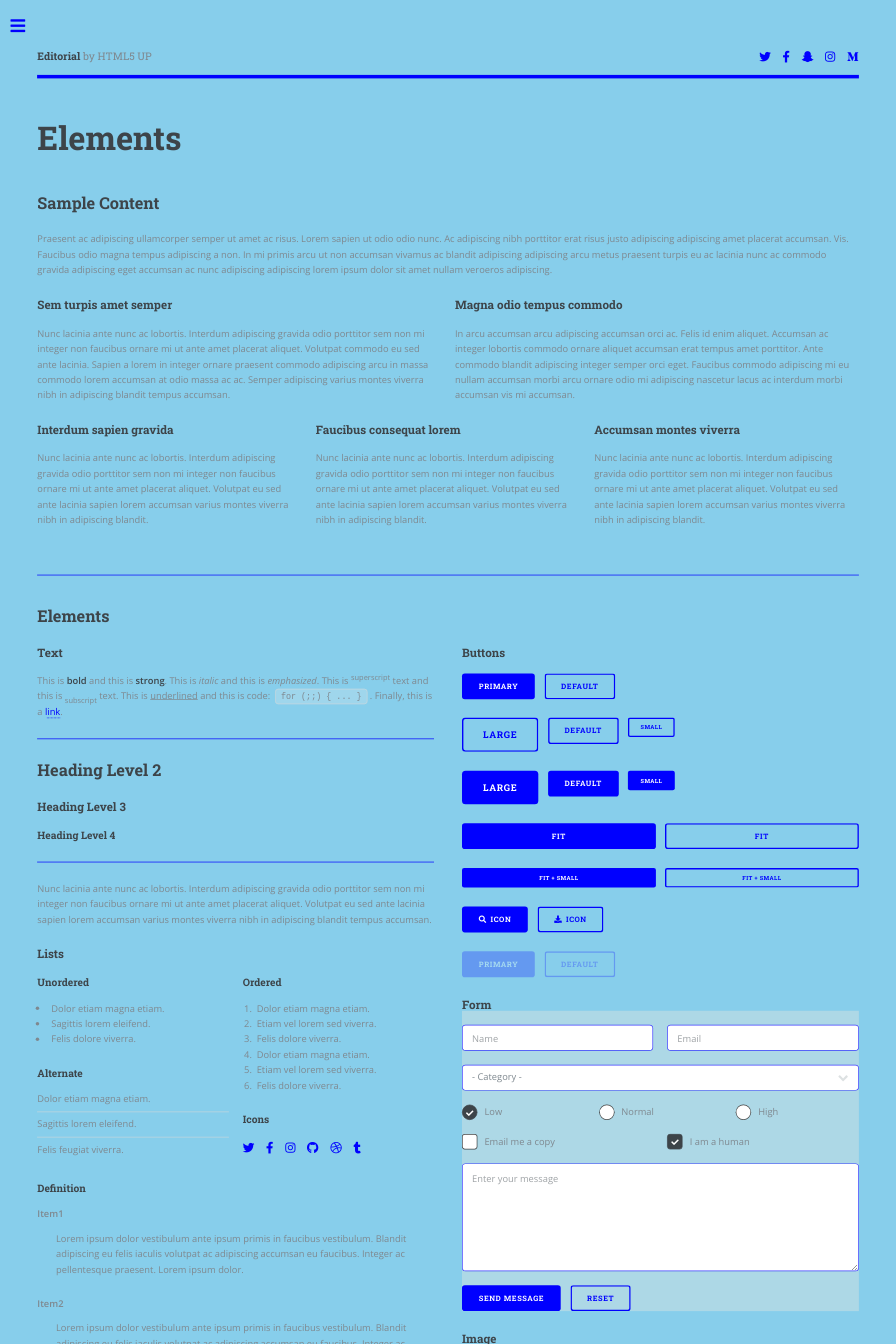
Repository: Saviour-Dagadu/Portfolio2022
Page: elements.html
These files come from the project's save history. The page is drawn as it stood at one moment and after the next save; the edit follows.
The browser window is 1280 px wide. The pictures show the part of the page from y = 0 to 1920 px (the page is 3543 px tall before and 3557 px after), at 70% of full size.

Above is the page before, as saved 2024-05-18 03:12:56.
Console error: ReferenceError: TweenLite is not defined

After the next save:
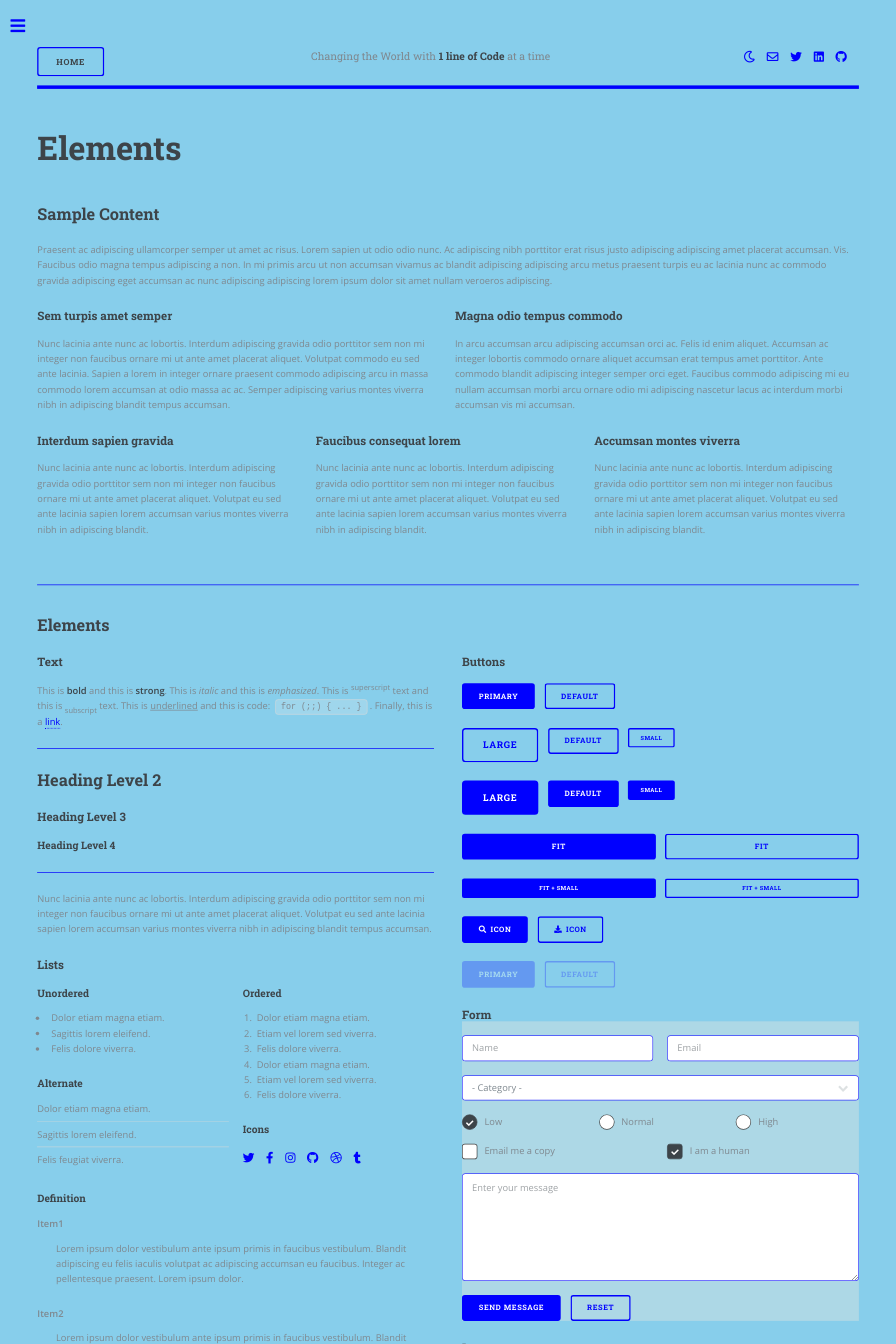
Saved 2 min 43 s later.
--- a/elements.html
+++ b/elements.html
@@ -21,16 +21,19 @@
 						<div class="inner">
 
 							<!-- Header -->
-								<header id="header">
-									<a href="index.html" class="logo"><strong>Editorial</strong> by HTML5 UP</a>
-									<ul class="icons">
-										<li><a href="#" class="icon brands fa-twitter"><span class="label">Twitter</span></a></li>
-										<li><a href="#" class="icon brands fa-facebook-f"><span class="label">Facebook</span></a></li>
-										<li><a href="#" class="icon brands fa-snapchat-ghost"><span class="label">Snapchat</span></a></li>
-										<li><a href="#" class="icon brands fa-instagram"><span class="label">Instagram</span></a></li>
-										<li><a href="#" class="icon brands fa-medium-m"><span class="label">Medium</span></a></li>
-									</ul>
-								</header>
+							<header id="header">
+								<a href="index.html" class="logo"><button><strong>HOME</strong></button></a>
+								<a href="index.html" class="logo">Changing the World with <strong>1 line of Code</strong> at a time</a>
+								<ul class="icons">
+								<li><a title="Toggle Night Mode" onclick="change()" class="icon fa-moon"><span class="label">Night-Mode</span></a></li>
+								<li><a href="mailto:savicane@gmail.com" class="icon fa-envelope"><span class="label">Email</span></a></li>
+									<li><a target="_blank" href="https://twitter.com/savicode" class="icon brands fa-twitter"><span class="label">Twitter</span></a></li>
+									<li><a target="_blank" href="https://www.linkedin.com/in/saviour-dagadu-a675ba233/" class="icon brands fa-linkedin"><span class="label">Linked-In</span></a></li>
+									<li><a target="_blank" href="https://github.com/Saviour-Dagadu" class="icon brands fa-github"><span class="label">Github</span></a></li>
+									<li class="navbar-buttons mbr-section-btn"><a class="btn btn-primary display-7" href="https://wa.me/233248929076"><span class="socicon socicon-whatsapp mbr-iconfont mbr-iconfont-btn" style="color: rgb(10, 119, 5);"></span></a></li>
+								</ul>
+
+							</header>
 
 							<!-- Content -->
 								<section>
